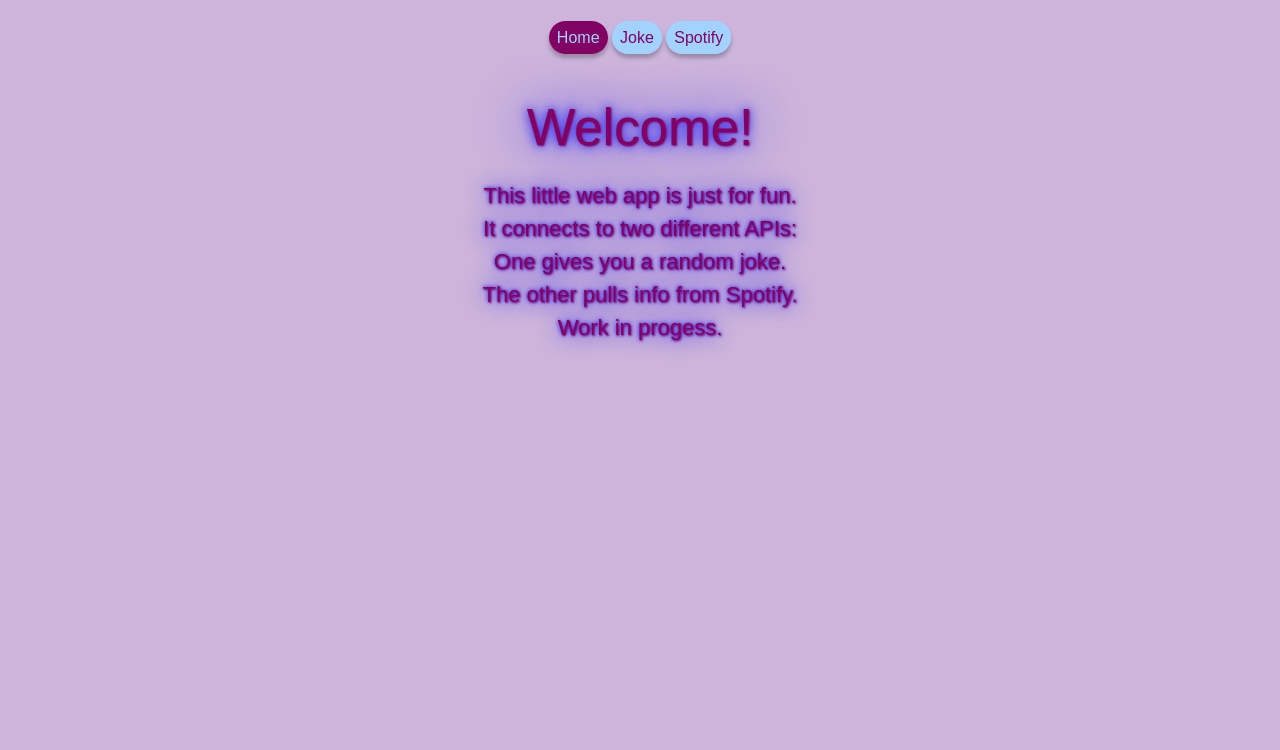
Repository: rosieomusic/spotify-react
Page: /
The author's editor kept a copy of each file at every save. The page is drawn from the files as they stood at one save, then again after the next save.
The browser window is 1280 px wide. The pictures show the whole page.
Some web fonts or font styles are not loaded; a fallback is used. The project was rebuilt for these pictures with package versions that can differ from the ones it lists, and the page was loaded fresh each time. Settings that the repository does not hold, such as keys and server addresses, were given made-up values. Also part of the build but not shown: vite.config.js, src/services/SpotifyService.js, src/components/AlbumComponent.jsx, src/pages/SpotifyPage.jsx, src/services/JokeService.js, src/pages/JokePage.jsx.

Above is the page before, as saved 2025-05-23 00:02:22.

After the next save:
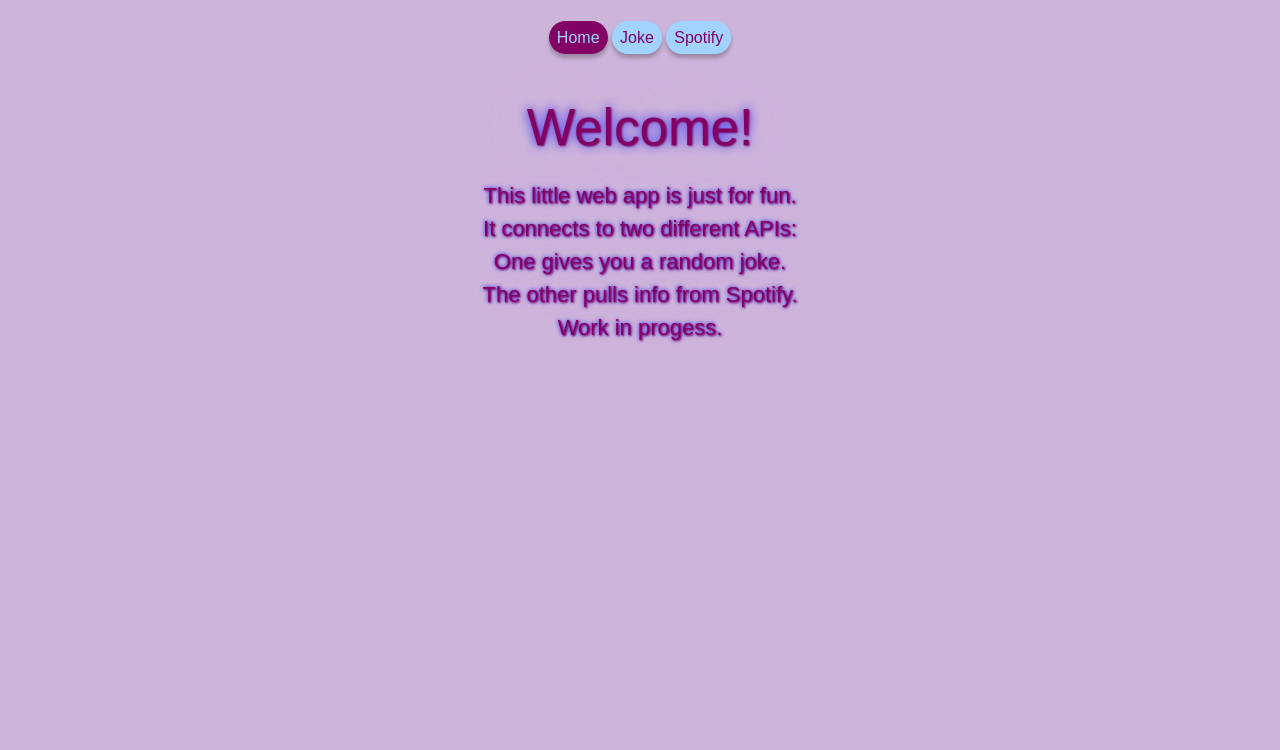
Saved 15 s later.
--- a/src/App.css
+++ b/src/App.css
@@ -96,7 +96,7 @@ p {
 	text-align: center;
 	align-self: center;
 	margin-bottom: 20px;
-	text-shadow: 1px 1px 2px #820263, 0 0 1em blue, 0 0 0.2em blue;
+	text-shadow: 1px 1px 2px #820263, 0 0 1em #cdb4db, 0 0 0.2em blue;
 }
 li {
 	list-style-type: none;
